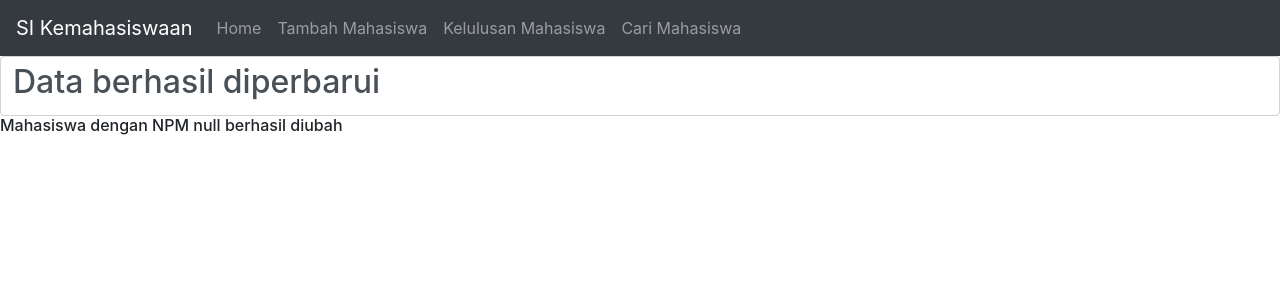
Repository: apap-ekstensi-2018/tugas1_1706106803
Page: http://localhost/success-add
The author's editor kept a copy of each file at every save. The page is drawn from the files as they stood at one save, then again after the next save.
The browser window is 1280 px wide. The pictures show the whole page.
The page is this project's Thymeleaf template; nobody is signed in. The template is opened directly, without the code that normally fills it, so the values that code supplies are empty.

Above is the page before, as saved 2018-04-03 13:01:29.

### tugas1/src/main/resources/templates/success-add.html
<html>
	<head>
		<title>Penambahan Data Mahasiswa</title>
	</head>
	<body>
    <div th:replace="fragments/fragment :: header"></div>
		<div class="form-control">
			<h2>Data berhasil diperbarui</h2>
		</div>
		<div>
			<h6 th:text="'Mahasiswa dengan NPM '+ ${mahasiswa.npm} + ' berhasil diubah'"></h6>
		</div>

	</body>
</html>

### tugas1/src/main/resources/templates/fragments/fragment.html
<!DOCTYPE html>
<html xmlns:th="http://www.thymeleaf.org">
	<head>
		<title>Fragment</title>
	</head>
	<body>
		<div th:fragment="header">
			<link rel = "stylesheet" href="/css/bootstrap.min.css" />
			<nav class="navbar navbar-expand-lg navbar-dark bg-dark">
				<a class="navbar-brand" href="#">SI Kemahasiswaan</a>

			<div class="collapse navbar-collapse" id="navbarSupportedContent">
				<ul class="navbar-nav mr-auto">
					<li class="nav-item">
						<a class="nav-link" href="/">Home</a>
					</li>
					<li class="nav-item">
						<a class="nav-link" href="/mahasiswa/viewall">Tambah Mahasiswa</a>
					</li>
					<li class="nav-item">
						<a class="nav-link" href="/mahasiswa/add">Kelulusan Mahasiswa</a>
					</li>
					<li class="nav-item">
						<a class="nav-link" href="/mahasiswa/cari">Cari Mahasiswa</a>
					</li>
				</ul>
			</div>
		</nav>
		</div>
	</body>
</html>

Loaded but not shown: tugas1/src/main/resources/static/css/bootstrap.min.css (library)

After the next save:
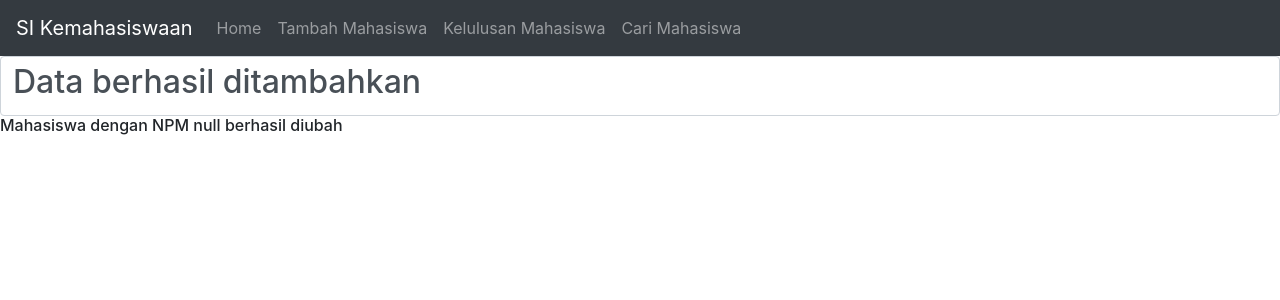
Saved 8 s later.
--- a/tugas1/src/main/resources/templates/success-add.html
+++ b/tugas1/src/main/resources/templates/success-add.html
@@ -5,7 +5,7 @@
 	<body>
     <div th:replace="fragments/fragment :: header"></div>
 		<div class="form-control">
-			<h2>Data berhasil diperbarui</h2>
+			<h2>Data berhasil ditambahkan</h2>
 		</div>
 		<div>
 			<h6 th:text="'Mahasiswa dengan NPM '+ ${mahasiswa.npm} + ' berhasil diubah'"></h6>
